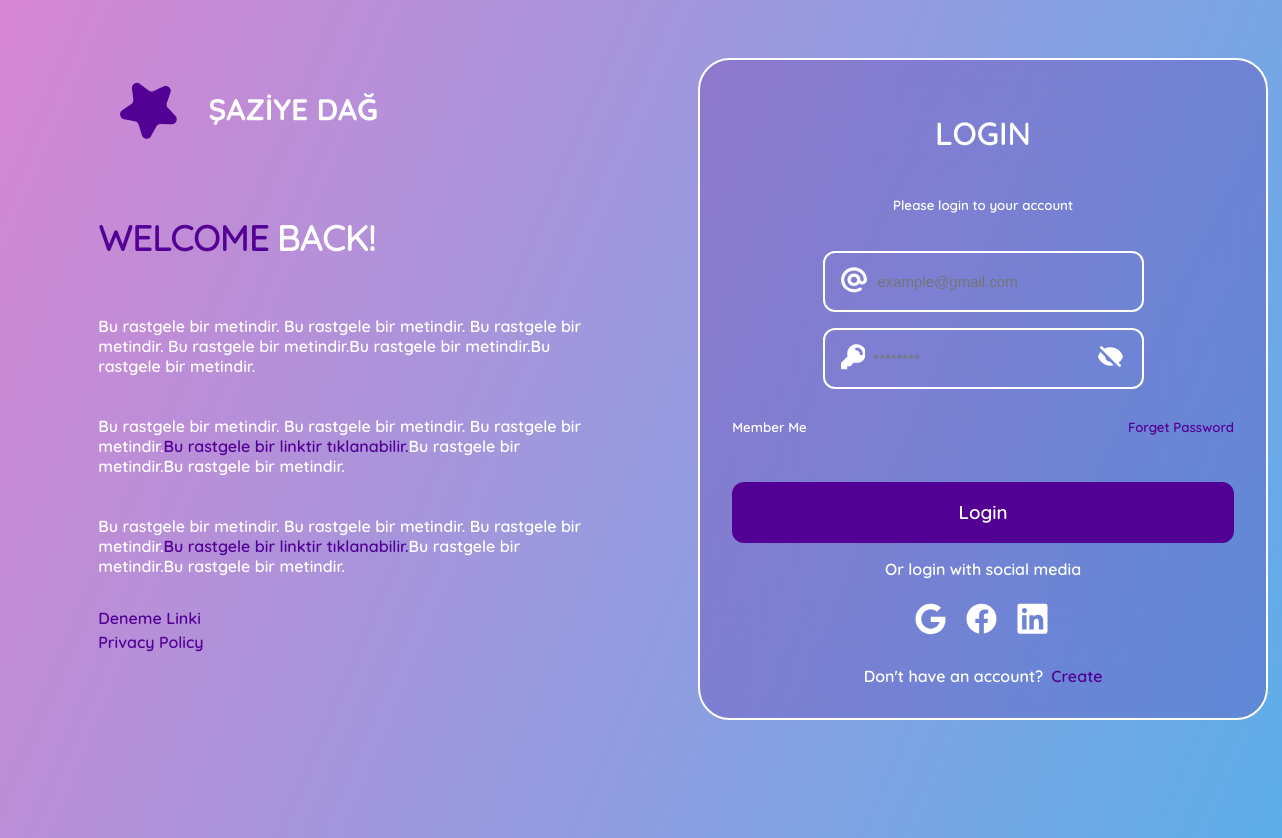
Repository: szydag/login
Page: /
The author's editor kept a copy of each file at every save. The page is drawn from the files as they stood at one save, then again after the next save.
The browser window is 1280 px wide. The page is 1282 px wide, so the pictures cover 1282 px, including what lies to the right of the window. The pictures show the whole page.
The project was rebuilt for these pictures with package versions that can differ from the ones it lists, and the page was loaded fresh each time. Also part of the build but not shown: src/assets/svgr/unhiddenIcon/index.js.

Above is the page before, as saved 2023-11-12 13:53:45.

After the next save:
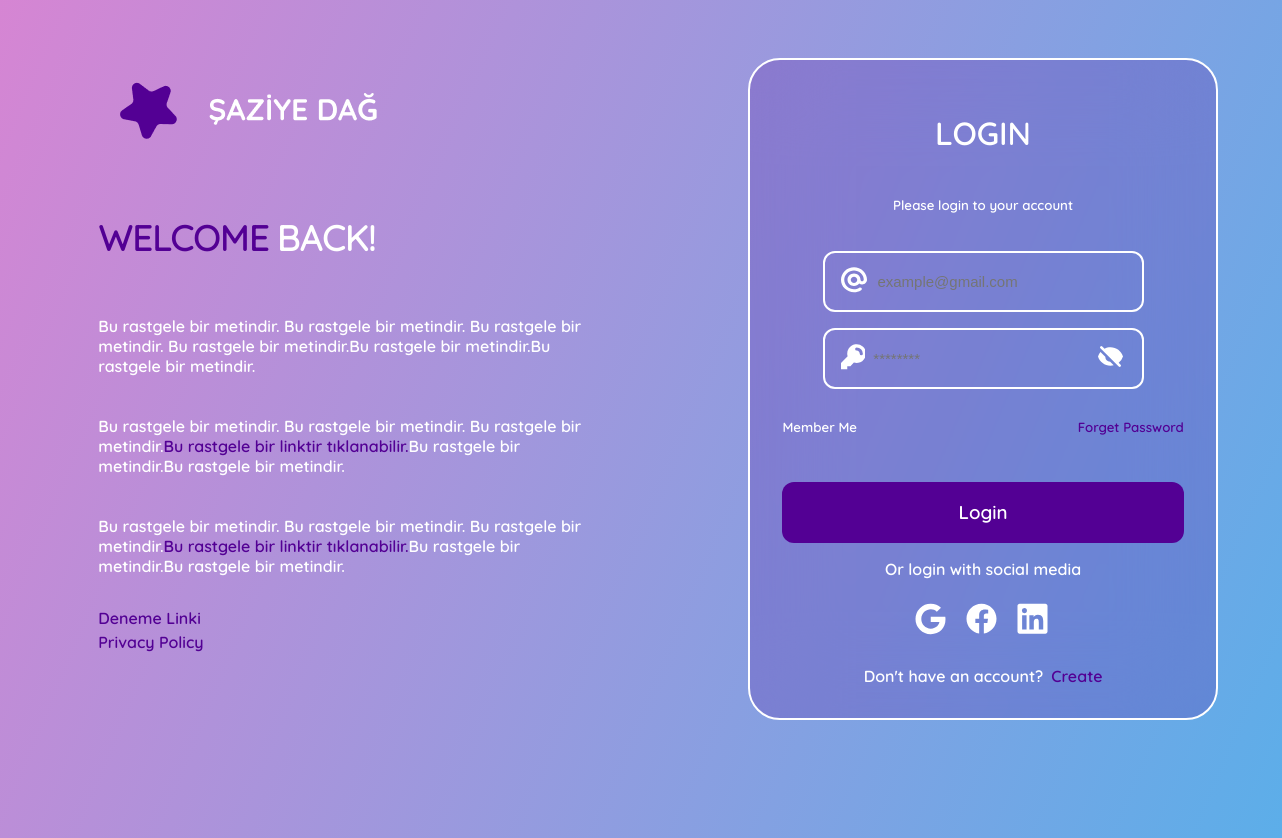
Saved 10 s later.
--- a/src/app/pages/login/style.js
+++ b/src/app/pages/login/style.js
@@ -78,7 +78,7 @@ const useStyles = createUseStyles({
         padding: '0 8px',
     },
     loginArea: {
-        width: '100%',
+        width: '80%',
         display: 'flex',
         padding: '32px',
         flexDirection: 'column',
